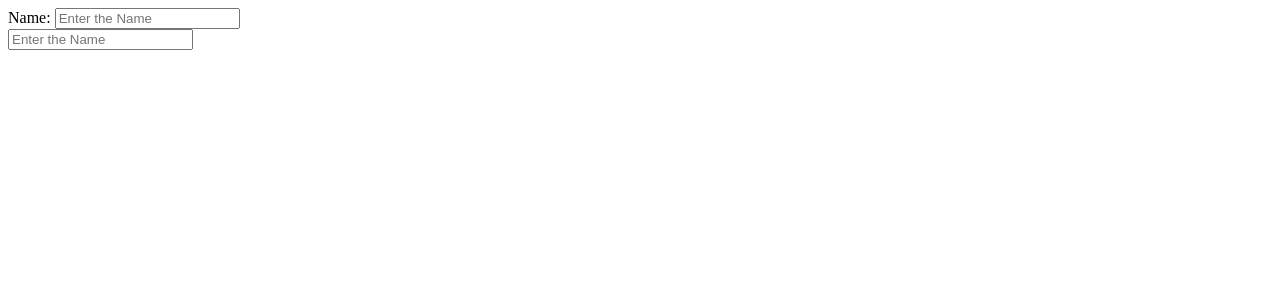
Repository: RishabhUmredkar/Adv-Java
Page: Form/src/main/webapp/index.html
An editor plug-in stored every save of this project. The page is shown before and after the next save, followed by the edit.
The browser window is 1280 px wide. The pictures show the whole page.

Above is the page before, as saved 2024-12-31 12:46:01.

### Form/src/main/webapp/index.html
<!DOCTYPE html>
<html>
<head>
<meta charset="ISO-8859-1">
<title>Insert title here</title>
</head>
<body>

<form action="reg">
Name: <input type="text" placeholder="Enter the Name" name ="userName"><br>
<input type="text" placeholder="Enter the Name" name ="phno">

</form>
</body>
</html>

After the next save:
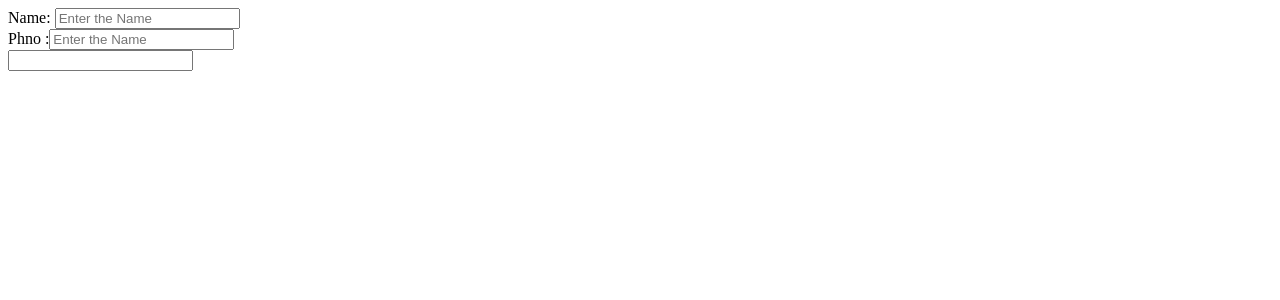
Saved 2 min 35 s later.
--- a/Form/src/main/webapp/index.html
+++ b/Form/src/main/webapp/index.html
@@ -8,8 +8,8 @@
 
 <form action="reg">
 Name: <input type="text" placeholder="Enter the Name" name ="userName"><br>
-<input type="text" placeholder="Enter the Name" name ="phno">
-
+Phno :<input type="text" placeholder="Enter the Name" name ="phno"><br>
+<input type="s">
 </form>
 </body>
 </html>
